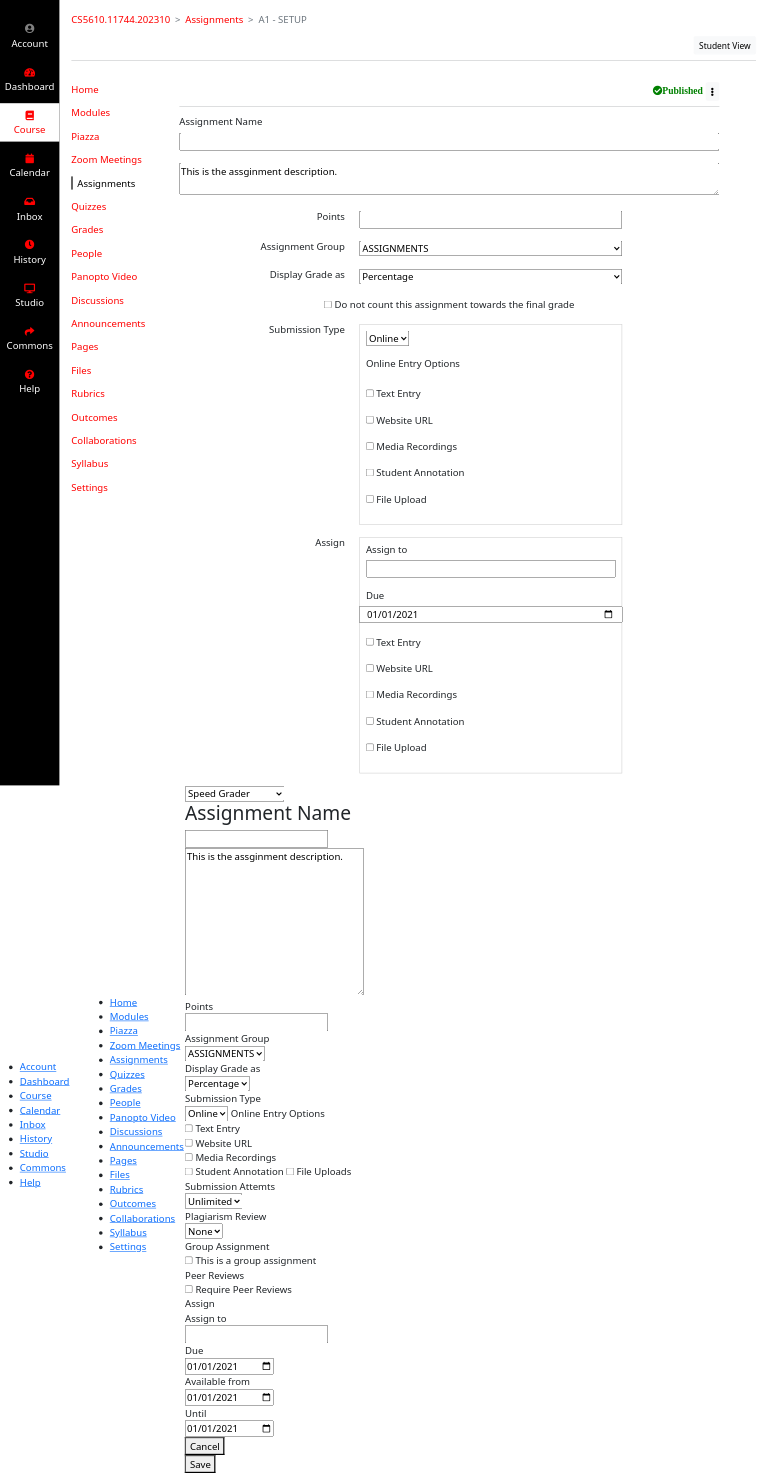
Repository: yuqiant/kanbas-react-web-app
Page: public/kanbas/assignment/edit.html
An editor plug-in stored every save of this project. The page is shown before and after the next save, followed by the edit.
The browser window is 1280 px wide. The pictures show the whole page, at 60% of full size.

Above is the page before, as saved 2023-10-05 01:22:17.

### public/kanbas/assignment/edit.html
<!DOCTYPE html>
<html lang="en">

<head>

    <meta charset="UTF-8">
    <meta name="viewport" content="width=device-width, initial-scale=1.0">
    <title>Flexbox Layout</title>
    <link rel="stylesheet" href="../../vendors/fontawesome/css/all.min.css">
    <link rel="stylesheet" href="../../vendors/bootstrap/css/bootstrap.min.css" />
    <link href="index.css" rel="stylesheet" />

</head>

<body>
    <div class="flex-container">
        <div class="left-column">

            <ul>
                <li><i class="fa fa-user-circle fa-inverse" style="color: grey;"></i><a
                        href="../account/account.html">Account</a> </li>
                <li><i class="fas fa-tachometer-alt" style="color: red;"></i><a href="#">Dashboard</a></li>
                <li class="active"><i class="fas fa-book" style="color: red;"></i><a
                        href="../course/courseNavigation.html" style="color: red;">Course</a>
                </li>
                <li><i class="fas fa-calendar" style="color: red;""></i><a href=" #">Calendar</a></li>
                <li><i class="fas fa-inbox" style="color: red;"></i><a href="#">Inbox</a></li>
                <li><i class="fas fa-clock" style="color: red;"></i><a href="#">History</a></li>
                <li><i class="fas fa-desktop" style="color: red;"></i><a href="#">Studio</a></li>
                <li><i class="fas fa-share" style="color: red;"></i><a href="#">Commons</a></li>
                <li><i class="fas fa-question-circle" style="color: red;"></i><a href="#">Help</a></li>
            </ul>

        </div>
        <div class="right-column">

            <div class="right-top">
                <nav style="--bs-breadcrumb-divider: '>'; color: red;" aria-label="breadcrumb">
                    <ol class="breadcrumb">
                        <li class="breadcrumb-item"><a href="../dashboard/index.html"
                                style="color: red;">CS5610.11744.202310</a></li>
                        <li class="breadcrumb-item"><a href="index.html" style="color: red;">Assignments</a></li>
                        <li class="breadcrumb-item active" aria-current="page">A1 - SETUP</li>
                    </ol>
                </nav>


                <div class="float-sm-end"> <button class="btn btn-light btn-sm">Student View</button>
                </div><br />
                <hr />


            </div>
            <div class="right-bottom">


                <div class="right-bottom-item1">


                    <ul>
                        <li><a href="../home.html">Home</a></li>
                        <li><a href="#">Modules</a></li>
                        <li><a href="#">Piazza</a></li>
                        <li><a href="#">Zoom Meetings</a></li>
                        <li class="active"><a href="assignment/index.html" style="color: black;">Assignments</a></li>
                        <li><a href="#">Quizzes</a></li>
                        <li><a href="grades.html">Grades</a></li>
                        <li><a href="#">People</a></li>
                        <li><a href="#">Panopto Video</a></li>
                        <li><a href="#">Discussions</a></li>
                        <li><a href="#">Announcements</a></li>
                        <li><a href="#">Pages</a></li>
                        <li><a href="#">Files</a></li>
                        <li><a href="#">Rubrics</a></li>
                        <li><a href="#">Outcomes</a></li>
                        <li><a href="#">Collaborations</a></li>
                        <li><a href="#">Syllabus</a></li>
                        <li><a href="coursesetting.html">Settings</a></li>
                    </ul>
                </div>

                <div class="right-bottom-item2">


                    <div class="float-sm-end">
                        <i class="fas fa-check-circle" style="color: green;">Published</i>
                        <button class="btn btn-light btn-sm"><i class="fas fa-ellipsis-v"></i></button>

                    </div><br>
                    <hr />
                    <h6>Assignment Name</h6>

                    <input id="text-fields-assginment" style="width: 900px; margin-bottom: 20px;" /><br />
                    <form id="textarea">
                        <textarea
                            style="width: 900px; margin-bottom: 20px;">This is the assginment description.</textarea>
                    </form>

                    <div class="row">
                        <div class="col-md-6 text-end">
                            <h6>Points</h6>
                        </div>
                        <div class="col-md-6">
                            <form id="text-fields">
                                <input id="text-fields-assginment" style="width: 100%;" />
                            </form>
                        </div>
                    </div>

                    <div class="row">
                        <div class="col-md-6 text-end">
                            <h6>Assignment Group</h6>
                        </div>
                        <div class="col-md-6">
                            <select id="select-one" style="width: 100%;">
                                <option value="ALL">ASSIGNMENTS</option>
                            </select>
                        </div>

                    </div>

                    <div class="row">
                        <div class="col-md-6 text-end">
                            <h6>Display Grade as</h6>
                        </div>
                        <div class="col-md-6">
                            <select id="select-one" style="width: 100%;">
                                <option value="ALL">Percentage</option>
                            </select>
                        </div>
                    </div>

                    <div class="row justify-content-center">
                        <div class="col-md-6">
                            <div class="text-center">
                                <input type="checkbox" value="GROUPASSIGNMENT" name="check-genre"
                                    id="chkbox-groupassignment" />
                                <label for="chkbox-groupassignment">Do not count this assignment towards the final
                                    grade</label>
                            </div>
                        </div>
                    </div>

                    <div class="row">

                        <div class="col-md-6 text-end">
                            <h6>Submission Type</h6>
                        </div>
                        <div class="col-md-6">
                            <div class="checkbox-container">
                                <div class="row">

                                    <div class="col-md-12">
                                        <select id="select-one">
                                            <option value="ALL">Online</option>
                                        </select>
                                    </div>
                                </div>

                                <div class="row">
                                    <div class="col-md-12">
                                        <h6>Online Entry Options</h6>
                                    </div>
                                </div>

                                <div class="row">
                                    <div class="col-md-12">
                                        <input type="checkbox" value="GROUPASSIGNMENT" name="check-genre"
                                            id="chkbox-groupassignment1" />
                                        <label for="chkbox-groupassignment1">Text Entry</label>
                                    </div>
                                </div>

                                <div class="row">
                                    <div class="col-md-12">
                                        <input type="checkbox" value="GROUPASSIGNMENT" name="check-genre"
                                            id="chkbox-groupassignment2" />
                                        <label for="chkbox-groupassignment2">Website URL</label>
                                    </div>
                                </div>

                                <div class="row">
                                    <div class="col-md-12">
                                        <input type="checkbox" value="GROUPASSIGNMENT" name="check-genre"
                                            id="chkbox-groupassignment3" />
                                        <label for="chkbox-groupassignment3">Media Recordings</label>
                                    </div>
                                </div>

                                <div class="row">
                                    <div class="col-md-12">
                                        <input type="checkbox" value="GROUPASSIGNMENT" name="check-genre"
                                            id="chkbox-groupassignment4" />
                                        <label for="chkbox-groupassignment4">Student Annotation</label>
                                    </div>
                                </div>

                                <div class="row">
                                    <div class="col-md-12">
                                        <input type="checkbox" value="GROUPASSIGNMENT" name="check-genre"
                                            id="chkbox-groupassignment5" />
                                        <label for="chkbox-groupassignment5">File Upload</label>
                                    </div>
                                </div>

                            </div>
                        </div>
                    </div>

                    <div class="row">

                        <div class="col-md-6 text-end">
                            <h6>Assign</h6>
                        </div>
                        <div class="col-md-6">
                            <div class="checkbox-container">
                                <div class="row">
                                    <h6>Assign to</h6><br />
                                    <form id="text-fields">
                                        <input id="text-fields-assginment" style="width: 100%;" />
                                    </form>
                                </div>

                                <div class="row">
                                    <h6>Due</h6><br />
                                    <input type="date" id="text-fields-dob" value="2021-01-01" /><br />

                                </div>

                                <div class="row">
                                    <div class="col-md-12">
                                        <input type="checkbox" value="GROUPASSIGNMENT" name="check-genre"
                                            id="chkbox-groupassignment1" />
                                        <label for="chkbox-groupassignment1">Text Entry</label>
                                    </div>
                                </div>

                                <div class="row">
                                    <div class="col-md-12">
                                        <input type="checkbox" value="GROUPASSIGNMENT" name="check-genre"
                                            id="chkbox-groupassignment2" />
                                        <label for="chkbox-groupassignment2">Website URL</label>
                                    </div>
                                </div>

                                <div class="row">
                                    <div class="col-md-12">
                                        <input type="checkbox" value="GROUPASSIGNMENT" name="check-genre"
                                            id="chkbox-groupassignment3" />
                                        <label for="chkbox-groupassignment3">Media Recordings</label>
                                    </div>
                                </div>

                                <div class="row">
                                    <div class="col-md-12">
                                        <input type="checkbox" value="GROUPASSIGNMENT" name="check-genre"
                                            id="chkbox-groupassignment4" />
                                        <label for="chkbox-groupassignment4">Student Annotation</label>
                                    </div>
                                </div>

                                <div class="row">
                                    <div class="col-md-12">
                                        <input type="checkbox" value="GROUPASSIGNMENT" name="check-genre"
                                            id="chkbox-groupassignment5" />
                                        <label for="chkbox-groupassignment5">File Upload</label>
                                    </div>
                                </div>

                            </div>
                        </div>
                    </div>

                </div>
            </div>







        </div>
    </div>

    </div>
    </div>
    </div>
</body>


<body>
    <table>
        <tr>
            <td id="firstColumn" style="width: 150px;">
                <ul>
                    <li><a href="index.html">Account</a></li>
                    <li><a href="#">Dashboard</a></li>
                    <li><a href="../coursecol.html">Course</a></li>
                    <li><a href="#">Calendar</a></li>
                    <li><a href="#">Inbox</a></li>
                    <li><a href="#">History</a></li>
                    <li><a href="#">Studio</a></li>
                    <li><a href="#">Commons</a></li>
                    <li><a href="#">Help</a></li>
                </ul>
            </td>
            <td id="secondColumn" style="width: 150px;">
                <ul>
                    <li><a href="../home.html">Home</a></li>
                    <li><a href="#">Modules</a></li>
                    <li><a href="#">Piazza</a></li>
                    <li><a href="#">Zoom Meetings</a></li>
                    <li><a href="index.html">Assignments</a></li>
                    <li><a href="#">Quizzes</a></li>
                    <li><a href="../grades.html">Grades</a></li>
                    <li><a href="#">People</a></li>
                    <li><a href="#">Panopto Video</a></li>
                    <li><a href="#">Discussions</a></li>
                    <li><a href="#">Announcements</a></li>
                    <li><a href="#">Pages</a></li>
                    <li><a href="#">Files</a></li>
                    <li><a href="#">Rubrics</a></li>
                    <li><a href="#">Outcomes</a></li>
                    <li><a href="#">Collaborations</a></li>
                    <li><a href="#">Syllabus</a></li>
                    <li><a href="../coursesetting.html">Settings</a></li>
                </ul>
            </td>
            <td id="thirdColumn" style="width: 250px;">
                <form id="text-fields">

                    <select id="select-one">
                        <option value="ALL">Speed Grader</option>
                        <option value="ALL">Edit</option>
                        <option value="ALL">Duplicate</option>
                        <option value="ALL">Delete</option>
                        <option value="ALL">Move To...</option>
                        <option value="ALL">Send To...</option>
                        <option value="ALL">Copy To...</option>
                        <option value="ALL">Share to Commons</option>
                    </select>
                </form>

                <h2>Assignment Name</h2>

                <input id="text-fields-assginment" /><br />
                <form id="textarea">

                    <textarea cols="30" rows="10">This is the assginment description.</textarea>
                </form>

                <div>Points</div>
                <form id="text-fields">
                    <input id="text-fields-assginment" /><br />
                </form>

                <div>Assignment Group</div>
                <select id="select-one">
                    <option value="ALL">ASSIGNMENTS</option>
                </select>

                <div>Display Grade as</div>
                <select id="select-one">
                    <option value="ALL">Percentage</option>
                </select>

                <div>Submission Type</div>
                <select id="select-one">
                    <option value="ALL">Online</option>
                </select>

                <label>Online Entry Options</label>
                <br />
                <input type="checkbox" value="TEXTENTRY" name="check-genre" id="chkbox-textentry" />
                <label for="chkbox-textentry">Text Entry</label> <br />
                <input type="checkbox" value="WEBSITEURL" name="check-genre" id="chkbox-websiteurl" />
                <label for="chkbox-websiteurl">Website URL</label> <br />
                <input type="checkbox" value="MEDIARECORDINGS" name="check-genre" id="chkbox-mediarecordings" />
                <label for="chkbox-mediarecordings">Media Recordings</label> <br />
                <input type="checkbox" value="STUDENTANNOTATION" name="check-genre" id="chkbox-studentannotation" />
                <label for="chkbox-studentannotation">Student Annotation</label>
                <input type="checkbox" value="FILEUPLOADS" name="check-genre" id="chkbox-fileuploads" />
                <label for="chkbox-fileuploads">File Uploads</label>

                <div>Submission Attemts</div>
                <select id="select-one">
                    <option value="ALL">Unlimited</option>
                </select>

                <div>Plagiarism Review</div>
                <select id="select-one">
                    <option value="ALL">None</option>
                </select>

                <div>Group Assignment
                    <br />
                    <input type="checkbox" value="GROUPASSIGNMENT" name="check-genre" id="chkbox-groupassignment" />
                    <label for="chkbox-groupassignment">This is a group assignment</label> <br />
                </div>

                <div>Peer Reviews
                    <br />
                    <input type="checkbox" value="PEERREVIEWS" name="check-genre" id="chkbox-peerrivews" />
                    <label for="chkbox-peerrivews">Require Peer Reviews</label> <br />
                </div>

                <div>Assign</div>
                <div>Assign to</div>
                <form id="text-fields">
                    <input id="text-fields-assginment" /><br />
                </form>

                <div>Due</div>
                <input type="date" id="text-fields-dob" value="2021-01-01" /><br />

                <div>Available from</div>
                <input type="date" id="text-fields-dob" value="2021-01-01" /><br />

                <div>Until</div>
                <input type="date" id="text-fields-dob" value="2021-01-01" /><br />


                <form action="assignment.html" method="get">
                    <button type="cancel">Cancel</button>
                </form>

                <form action="assignment.html" method="get">
                    <button type="save">Save</button>
                </form>




            </td>

        </tr>
    </table>

</body>

</html>

### public/kanbas/assignment/index.css
.flex-container {
    display: flex;
    height: 100%;
}

/* 左边列 */
.left-column {
    /* flex: 1; */
    /* 占据可用空间的一部分 */
    /* padding: 20px; */
    width: 0 0 80px;
    /* Adjust sidebar width as needed (between 75 and 85 pixels) */
    background-color: black;
    color: white;
    text-align: center;
    padding-top: 20px;
}

.left-column ul {
    list-style-type: none;
    padding: 0;
}

.left-column li {
    margin: 8px 0;
    /* Adjust margin between links as needed (between 5 and 10 pixels) */
    padding: 8px;
    /* Adjust padding around links as needed (between 5 and 10 pixels) */
}

.left-column li.active {
    color: red;
    background-color: white;


}



.left-column a {
    color: white;
    text-decoration: none;
    display: block;
}

.right-column {

    flex: 2;
    /* 占据可用空间的两部分 */
    display: flex;
    flex-direction: column;
    /* 垂直方向排列 */
}

/* 右上部分 */
.right-top {
    padding: 20px;
}

/* 右下部分分为三竖着的部分 */
.right-bottom {
    display: flex;
    flex-direction: row;
    /* 垂直方向排列 */
    flex: 1;
    /* 均分可用空间 */
}

/* 每个竖着的部分 */
.right-bottom-item {
    flex: 1;
    /* 均分可用空间 */
    padding: 10px;
}

.right-bottom-item1 {
    width: 200px;

    /* padding: 10px; */
    border-left: 25px
}

.right-bottom-item1 a {
    color: red;
    text-decoration: none;

}


.right-bottom-item1 ul {
    list-style: none;
    padding: 0;
}

.right-bottom-item1 li {
    margin-bottom: 15px;
    padding-left: 20px;
}

.right-bottom-item1 li.active a {
    color: black;
    padding-left: 8px;

    /* padding-right: 10px; */

    border-left: 2px solid black;
}


.right-bottom-item2 {
    width: 900px;

    /* padding: 10px; */
    border-left: 25px;
    /* flex-direction: column; */
}

.custom-indent {
    padding-left: 40px;
    /* 调整适当的缩进大小 */
}

.right-bottom-item3 {
    width: 200px;

    padding-left: 25px;
    /* padding: 10px; */
    /* border-left: 25px; */
    /* flex-direction: column; */
}

.smaller-text {
    font-size: 14px;
}

.percentage {
    display: inline-block;
    margin-right: 10px;
    /* 添加间距 */
}

.icon {
    display: inline-block;
}

.align-items-center {
    padding-left: 10px;
}

.align-items-start {
    border-left: 3px solid green;

}

.breadcrumb-item a {
    text-decoration: none;
}

.text-end {
    width: 300px;
}

.row {
    margin-bottom: 20px;
}

.checkbox-container {
    border: 1px solid lightgray;
    padding: 10px;
    /* Add some padding for spacing */
}

/* Apply border to checkboxes and labels */
input[type="checkbox"] {
    border: 1px solid lightgray;
    padding: 5px;
    /* Add some padding for spacing */
}

Loaded but not shown: public/vendors/fontawesome/css/all.min.css (library); public/vendors/bootstrap/css/bootstrap.min.css (library)

After the next save:
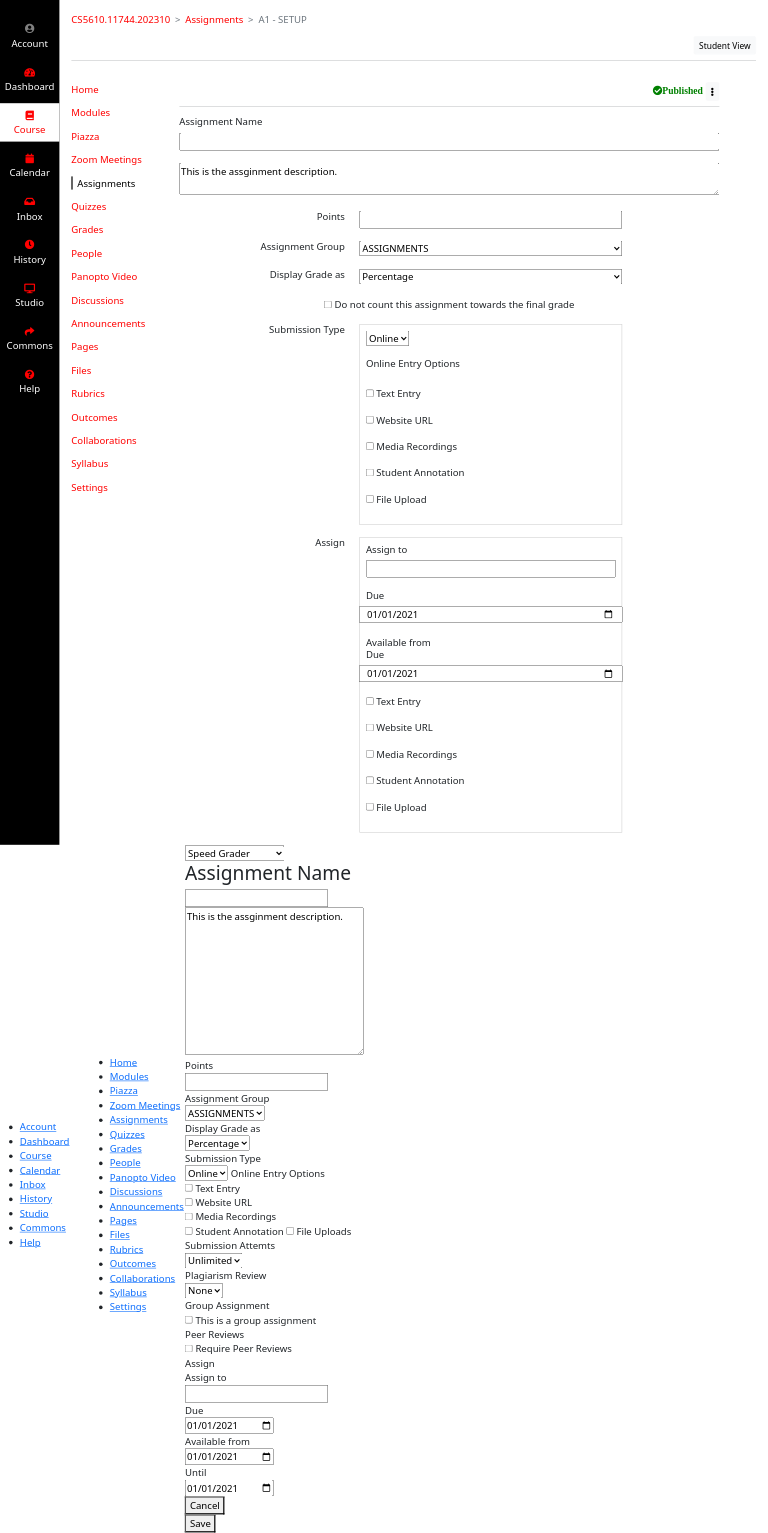
Saved 2 min 25 s later.
--- a/public/kanbas/assignment/edit.html
+++ b/public/kanbas/assignment/edit.html
@@ -226,6 +226,16 @@
                                     <input type="date" id="text-fields-dob" value="2021-01-01" /><br />
 
                                 </div>
+
+                                <div class="row">
+                                    <div class="col-md-6">Available from</div>
+                                    <h6>Due</h6><br />
+                                    <input type="date" id="text-fields-dob" value="2021-01-01" /><br />
+
+                                </div>
+
+
+
 
                                 <div class="row">
                                     <div class="col-md-12">
